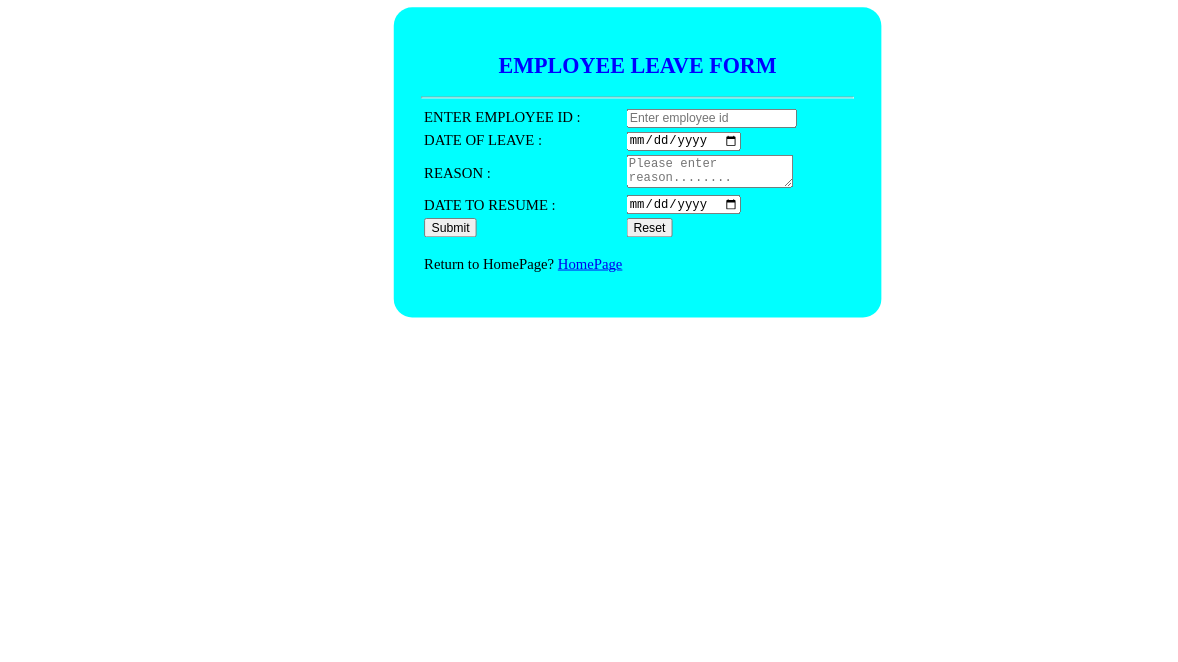
Repository: Catalyst-OTU/Java_Works
Page: jspSession2/WebContent/applyleave.html
The author's editor kept a copy of each file at every save. The page is drawn from the files as they stood at one save, then again after the next save.
The browser window is 1280 px wide. The pictures show the whole page, at 92% of full size.

Above is the page before, as saved 2021-01-28 21:29:06.

After the next save:
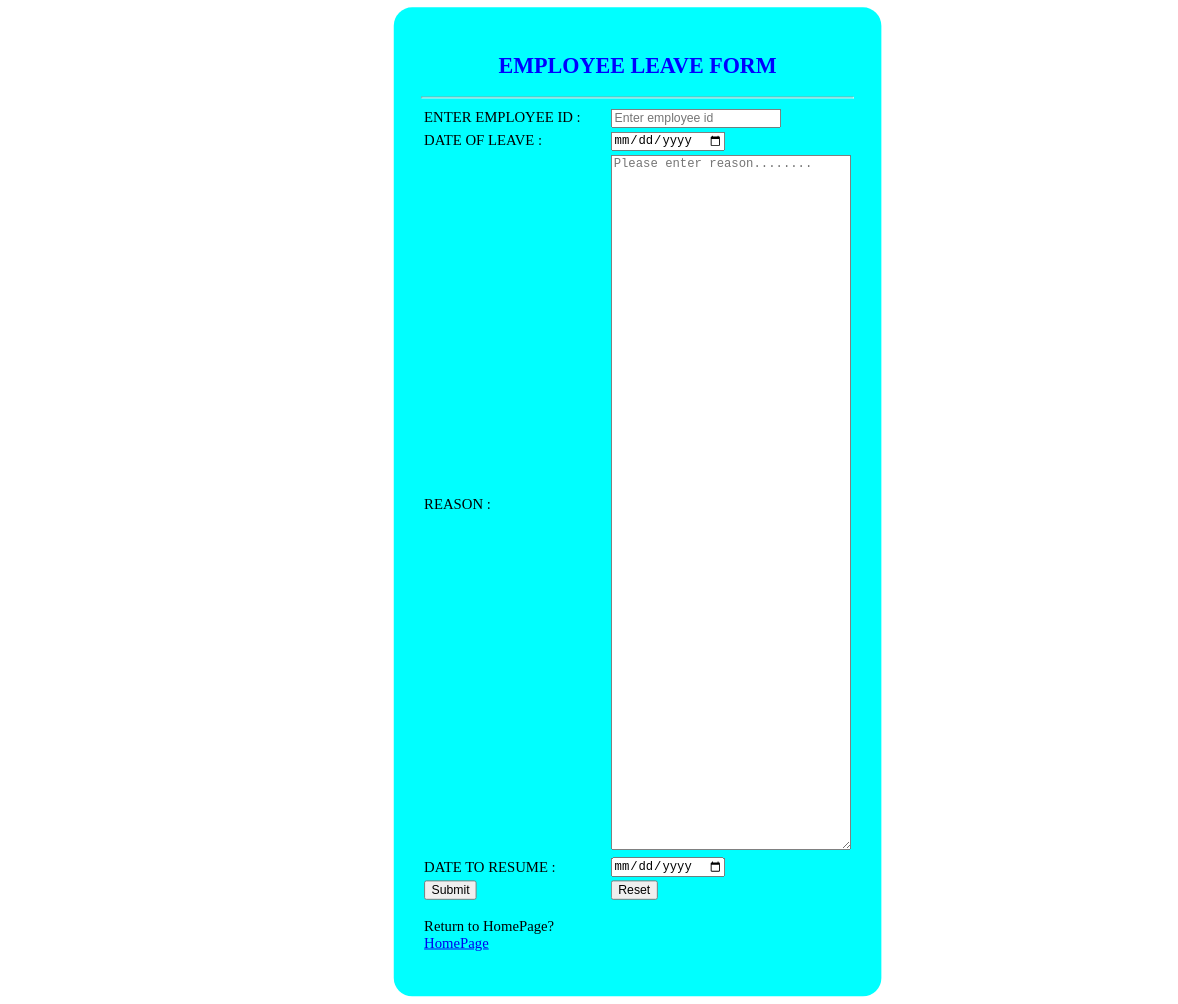
Saved 37 s later.
--- a/jspSession2/WebContent/applyleave.html
+++ b/jspSession2/WebContent/applyleave.html
@@ -45,7 +45,7 @@
 
 			<tr>
 				<td>REASON :</td>
-				<td><textarea type="text" name="reason" placeholder="Please enter reason........"></textarea></td>
+				<td><textarea type="text" name="reason" cols="30" rows="50" placeholder="Please enter reason........"></textarea></td>
 			</tr>
 
 			<tr>
